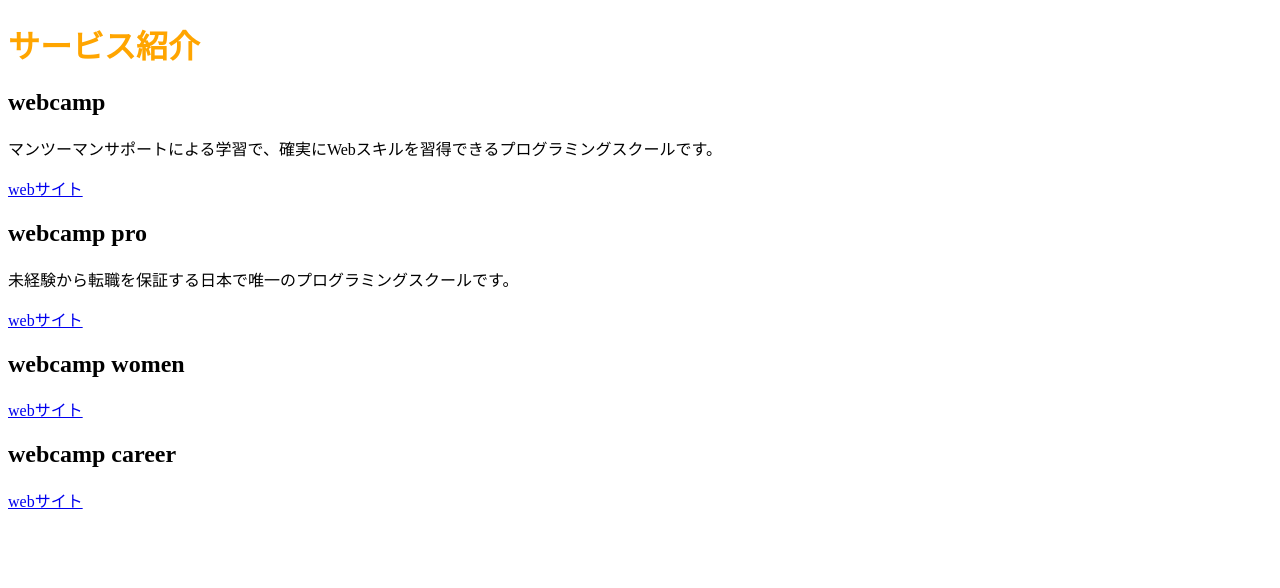
Repository: 220416/kadai1
Page: sample/chapter2Execise.html
The author's editor kept a record of every edit. The page is drawn from the files as they stood at one moment, then again after the next edit.
The browser window is 1280 px wide. The pictures show the whole page.

Above is the page before.

After the next edit:
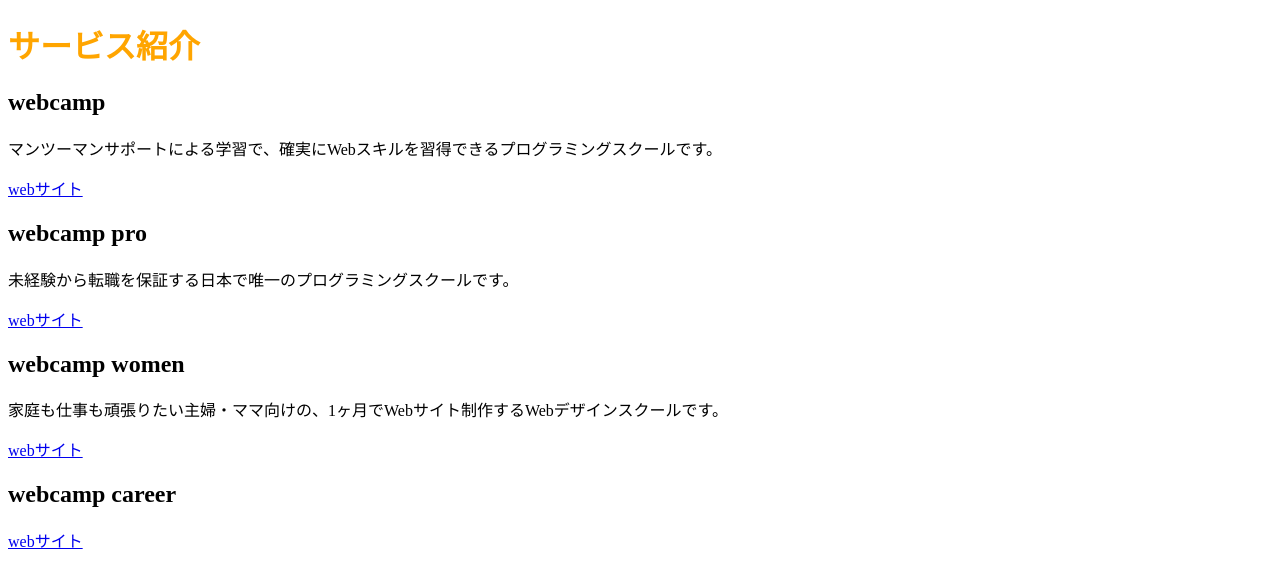
The edit:
--- a/sample/chapter2Execise.html
+++ b/sample/chapter2Execise.html
@@ -18,7 +18,7 @@
     <a href="#">webサイト</a>
 
     <h2>webcamp women</h2>
-    <p></p>
+    <p>家庭も仕事も頑張りたい主婦・ママ向けの、1ヶ月でWebサイト制作するWebデザインスクールです。</p>
     <a href="#">webサイト</a>
 
     <h2>webcamp career</h2>
